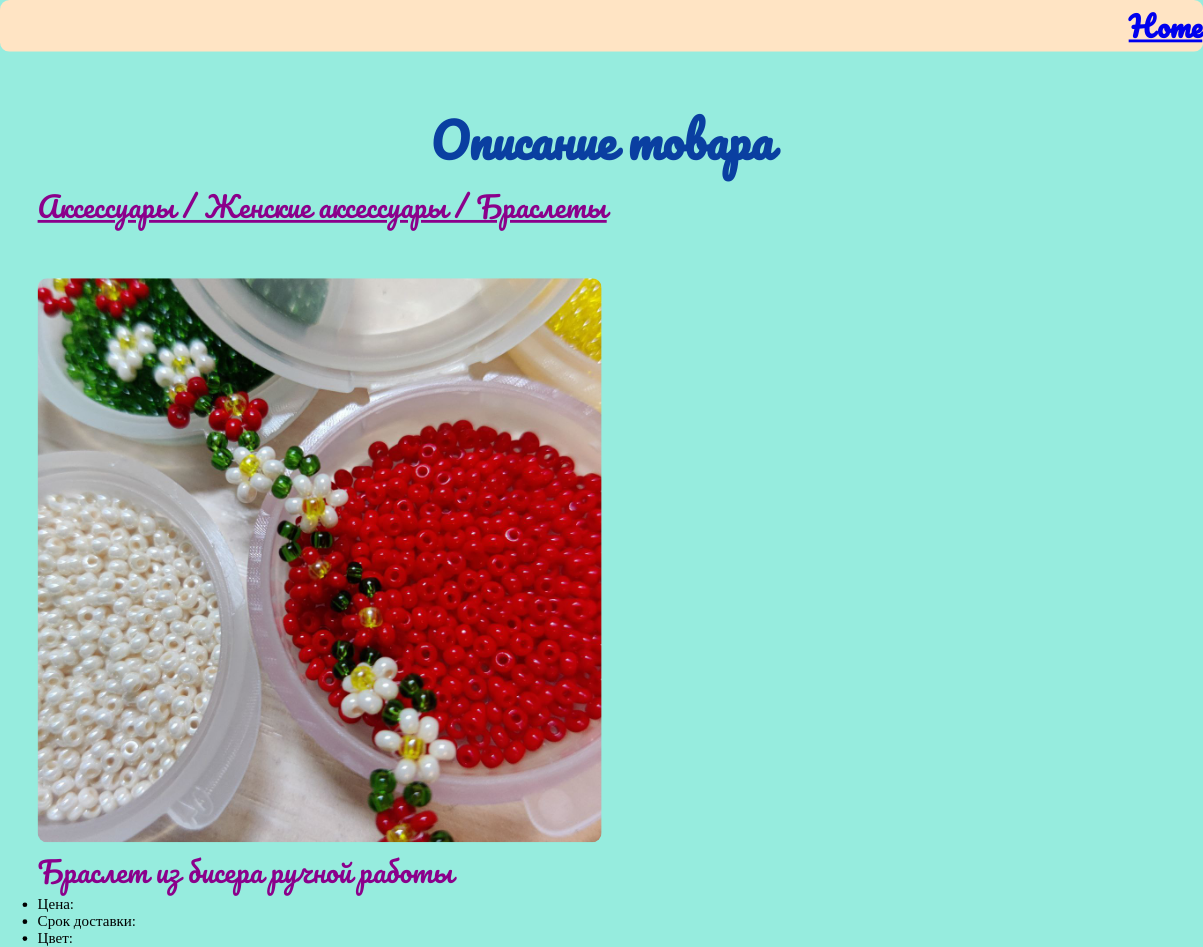
Repository: annamsklv/web
Page: seminar2_26.01/product page.html
An editor plug-in stored every save of this project. The page is shown before and after the next save, followed by the edit.
The browser window is 1280 px wide. The pictures show the whole page, at 94% of full size.

Above is the page before, as saved 2023-02-01 20:46:23.

### seminar2_26.01/product page.html
<!DOCTYPE html>
<html lang="en">
<head>
    <meta charset="UTF-8">
    <meta http-equiv="X-UA-Compatible" content="IE-edge">
    <meta name="viewport" content="width=device-width, initial-scale=1.0">
    <div class="home">
        <a class="link" href="index.html">Home</a>
    </div>
    <title>Продукт</title>
    <link rel="preconnect" href="https://fonts.googleapis.com">
<link rel="preconnect" href="https://fonts.gstatic.com" crossorigin>
<link href="https://fonts.googleapis.com/css2?family=Pacifico&display=swap" rel="stylesheet">
    <link rel="stylesheet" href="product style.css">

</head>


<body>

    <div class="header">
    <div class="container"></div>
    <h1 class="title">Описание товара</h1>
    </div>
    </div>

    <div class="content">
        <div class="container">
            <div class="categories">
                <a class="category-link" href="#">Аксессуары / Женские аксессуары / Браслеты</a>
            </div>
        </div>
    </div>
    <div class="item-box">
        <div class="container">
        <img class="item-pic" src="img/1.jpg" alt="product">
        <p class="description">Браслет из бисера ручной работы</p>
            <ul>
                <li>Цена:</li>
                <li>Срок доставки:</li>
                <li>Цвет:</li>
            </ul>
        </div>

    </div>

<div class="footer">


</div>

</body>
</html>

### seminar2_26.01/product style.css
* {
    margin: 0;
    padding: 0;
}

body{
    background-color: rgb(150, 236, 222);
}
.container{
    width: 1200px;
    margin: 0 auto;
}

.title{
    text-align: center;
    margin-top: 50px;
    font-family: 'Pacifico';
    color: rgb(10, 63, 161);
    font-size: 50px;
}

.home{
    font-family: 'Pacifico', cursive;
    color: rgb(10, 63, 161);
    font-size: 30px;
    font-weight: bold;
    background-color: bisque;
    border-radius: 10px;
    display: block;
    border: 1px solid transparent;
    text-align: right;
}

.home:hover{
    border: 1 px solid darkmagenta;
    color: darkmagenta;
    background-color: white;

}

.category-link{
    color:darkmagenta;
    font-family: 'Pacifico', cursive;
    font-size: 30px;
    text-align: left;
}
.item-box{
    margin-top: 50px;
    display: flex;
    flex-wrap: wrap;
    justify-content:space-between;
}
.item-pic{
    width: 50%;
    border-radius: 10px;
}

.description{
    color:darkmagenta;
    font-family: 'Pacifico', cursive;
    font-size: 30px;
    text-align: left;
}

.li{
    color:darkmagenta;
    font-family: 'Pacifico', cursive;
}

After the next save:
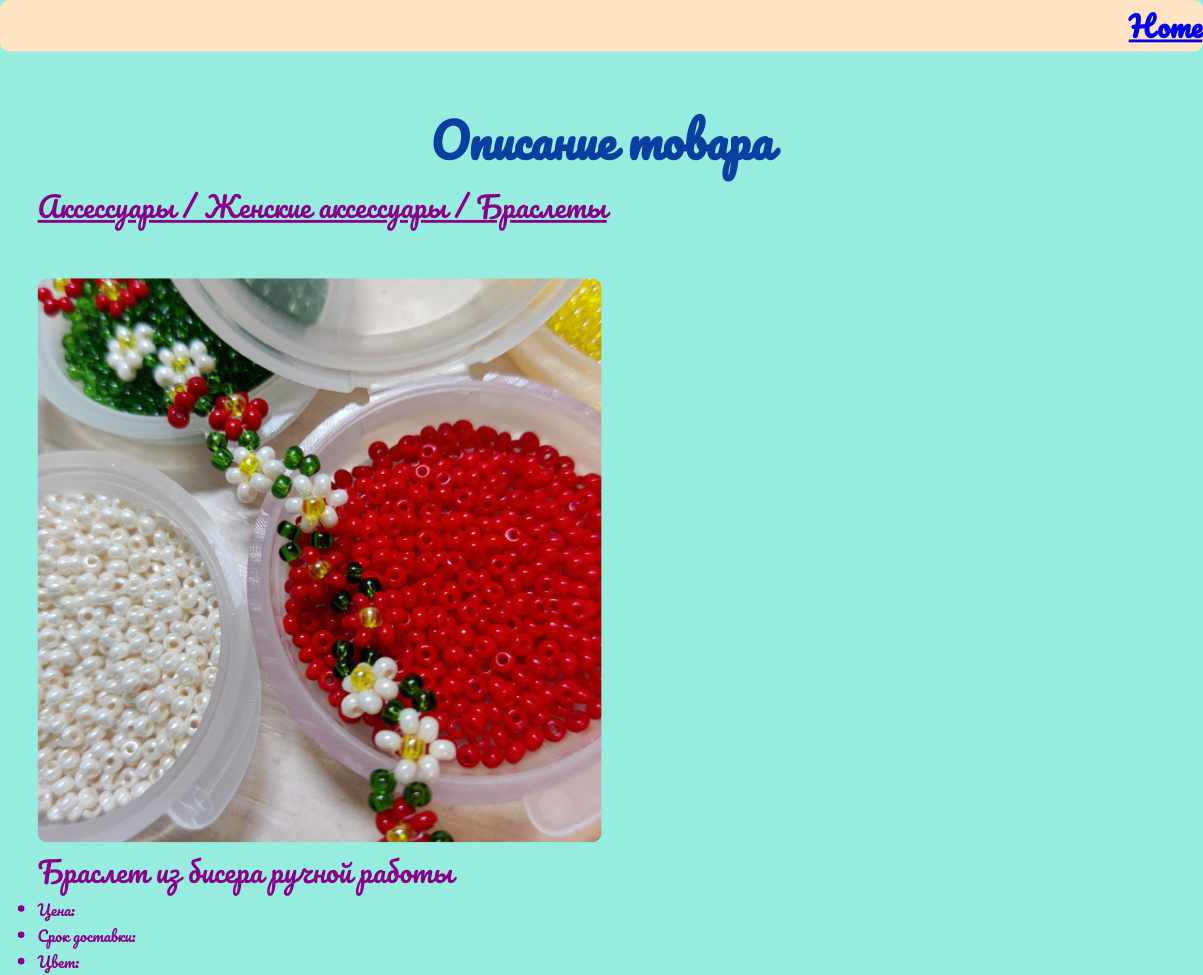
Saved 12 s later.
--- a/seminar2_26.01/product style.css
+++ b/seminar2_26.01/product style.css
@@ -62,7 +62,7 @@ body{
     text-align: left;
 }
 
-.li{
+li{
     color:darkmagenta;
     font-family: 'Pacifico', cursive;
 }
